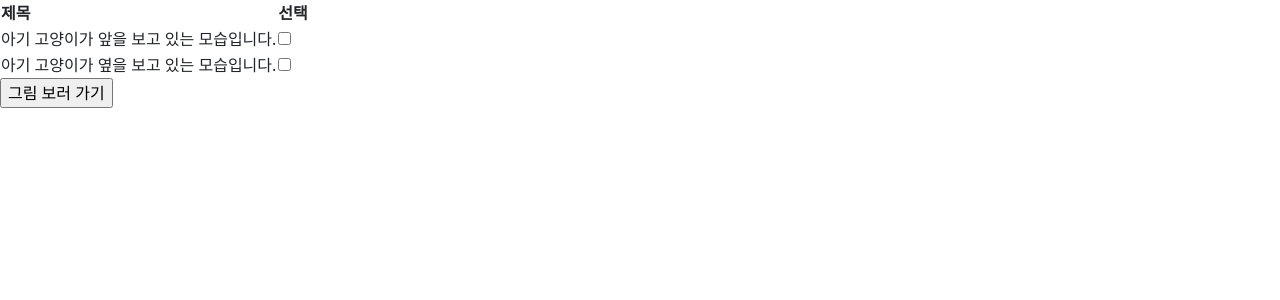
Repository: HeeMang28/jsp
Page: http://localhost/JSPBasic/jspobject/request/req_photo.jsp
These files come from the project's save history. The page is drawn as it stood at one moment and after the next save; the edit follows.
The browser window is 1280 px wide. The pictures show the whole page.
The page is served by Tomcat 9. Other server files are loaded and not shown.

Above is the page before, as saved 2022-03-25 11:51:39.

### JSPBasic/src/main/webapp/jspobject/request/req_photo.jsp
<%@ page language="java" contentType="text/html; charset=UTF-8"
    pageEncoding="UTF-8"%>
<!DOCTYPE html>
<html>
<head>
<link href="https://cdn.jsdelivr.net/npm/bootstrap@5.1.3/dist/css/bootstrap.min.css" rel="stylesheet" integrity="sha384-1BmE4kWBq78iYhFldvKuhfTAU6auU8tT94WrHftjDbrCEXSU1oBoqyl2QvZ6jIW3" crossorigin="anonymous">
<meta charset="UTF-8">
<title>Insert title here</title>
</head>
<body>
	<%-- 아래에 폼을 만들어주세요
	목적지는 함께 만든 req_photo_result.jsp 입니다.
	테이블을 이용해 사진 제목, 체크박스를 만들어 주세요.
	그리고 아래에 제출 버튼을 "그림 보러 가기" 로 적어주시고
	해당 버튼을 눌렀을때 req_photo_result에 어떤 그림을 선택했는지
	체크박스로 구분해주시고, 구분한 그림에 맞는 사진이 결과페이지에 나오도록
	if~else문을 구성해주세요.
	그림파일은 <img src="파일명"> 을 이용해 출력가능합니다. --%>
	<form action="http://localhost:8181/JSPBasic/jspobject/request/req_photo_result.jsp" method="post">
	<table id="borderd">
		<thead>
		<tr>
			<th>제목</th>
			<th>선택</th>
		</tr>
		</thead>
		<tr>
			<td>아기 고양이가 앞을 보고 있는 모습입니다.</td>
			<td><input type="checkbox" name="cat1"> &nbsp;</td>
		</tr>
		<tr>
			<td>아기 고양이가 옆을 보고 있는 모습입니다.</td>
			<td><input type="checkbox" name="cat2" >&nbsp;</td>
		</tr>
	</table>
	<input type="submit" value="그림 보러 가기" />
	</form>
</body>
</html>

After the next save:
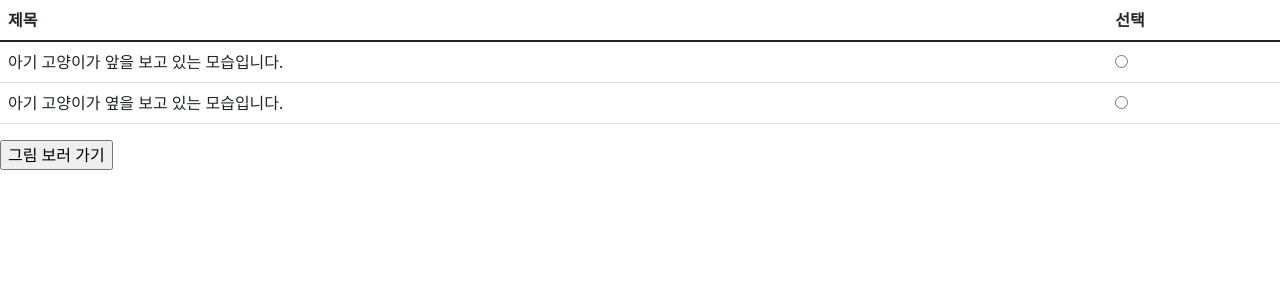
Saved 52 s later.
--- a/JSPBasic/src/main/webapp/jspobject/request/req_photo.jsp
+++ b/JSPBasic/src/main/webapp/jspobject/request/req_photo.jsp
@@ -17,7 +17,7 @@
 	if~else문을 구성해주세요.
 	그림파일은 <img src="파일명"> 을 이용해 출력가능합니다. --%>
 	<form action="http://localhost:8181/JSPBasic/jspobject/request/req_photo_result.jsp" method="post">
-	<table id="borderd">
+	<table class="table">
 		<thead>
 		<tr>
 			<th>제목</th>
@@ -26,11 +26,11 @@
 		</thead>
 		<tr>
 			<td>아기 고양이가 앞을 보고 있는 모습입니다.</td>
-			<td><input type="checkbox" name="cat1"> &nbsp;</td>
+			<td><input type="radio" name="cat1"> &nbsp;</td>
 		</tr>
 		<tr>
 			<td>아기 고양이가 옆을 보고 있는 모습입니다.</td>
-			<td><input type="checkbox" name="cat2" >&nbsp;</td>
+			<td><input type="radio" name="cat2" >&nbsp;</td>
 		</tr>
 	</table>
 	<input type="submit" value="그림 보러 가기" />
